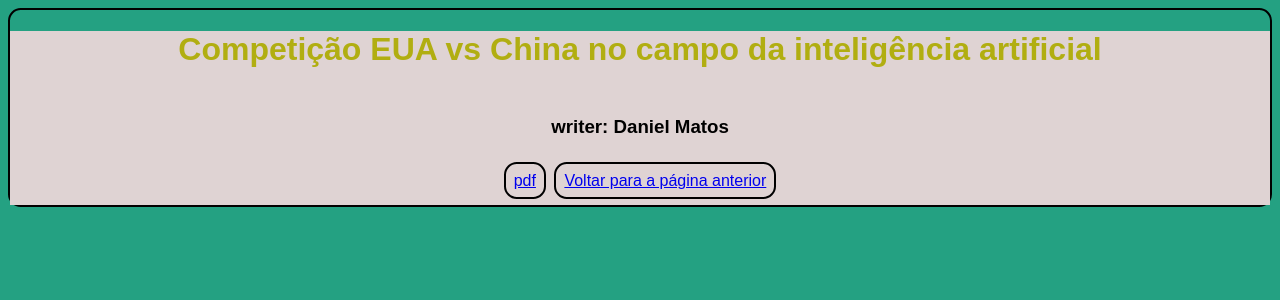
Repository: batmit/FutureFundation.github.io-1
Page: menu/articles/economia/I_a.html
An editor plug-in stored every save of this project. The page is shown before and after the next save, followed by the edit.
The browser window is 1280 px wide. The pictures show the whole page.

Above is the page before, as saved 2021-09-18 16:49:11.

### menu/articles/economia/I_a.html
<!DOCTYPE html>
<html lang="pt-BR">
<head>
    <meta charset="UTF-8">
    <meta http-equiv="X-UA-Compatible" content="IE=edge">
    <meta name="viewport" content="width=device-width, initial-scale=1.0">
    <title>Competição EUA vs China no campo da inteligência artificial</title>
    <link rel="stylesheet" href="/menu/main.css">
</head>
<body>
    <div id="all">
        <header>
            <h1>Competição EUA vs China no campo da inteligência artificial</h1>
            <h3>writer: Daniel Matos</h3>
        </header>
        <a href="./i_a/EUA_China_AI_Artigo (1).pdf">pdf</a>

        <a href="./economia.html">Voltar para a página anterior</a>
    </div>


</body>
</html>

### menu/main.css
body{

    text-align: center;

    border: black 2px solid;

    border-radius: 0.8rem;

    font-family: 'Ubuntu', arial;

    background-color: rgb(36, 161, 130);


}

#articles {
    gap: 3px;
}

#all{

    background-color: rgb(223, 211, 211);

}


#codigo{
    text-align:left;

}


img{
    text-align: center;
    justify-content: center;

}

p{
    font-size: 20px;
    font-family: 'Ubuntu', arial;
}

a{
    border: 2px solid black;

    border-radius: 0.8rem;

    box-sizing: border-box;

    padding: 0.5rem;

    line-height:3rem;

    margin: 2px;


}

a:hover{

    background-color:#F0FFFF;

}

h1{

    margin-bottom: 3rem;

    color: rgb(177, 174, 17);

}

audio {
    -webkit-transition:all 0.5s linear;
    -moz-transition:all 0.5s linear;
    -o-transition:all 0.5s linear;
    transition:all 0.5s linear;
    -moz-box-shadow: 2px 2px 4px 0px #006773;
    -webkit-box-shadow:  2px 2px 4px 0px #006773;
    box-shadow: 2px 2px 4px 0px #006773;
    -moz-border-radius:7px 7px 7px 7px ;
    -webkit-border-radius:7px 7px 7px 7px ;
    border-radius:7px 7px 7px 7px ;
}

audio:hover, audio:focus, audio:active {

-webkit-box-shadow: 15px 15px 20px rgba(0,0, 0, 0.4);
-moz-box-shadow: 15px 15px 20px rgba(0,0, 0, 0.4);
box-shadow: 15px 15px 20px rgba(0,0, 0, 0.4);
-webkit-transform: scale(1.05);
-moz-transform: scale(1.05);
transform: scale(1.05);

}



@media (max-width: 900px) {


    a{

        display: block;
        line-height: 0.5rem;
        padding: 1rem;

    }

    #img{
        text-align: right;
    }

}

@media (prefers-color-scheme: dark) {
    #all{

        background-color: rgb(90, 73, 73);

    }

    h1{
        color: white
    }

    p{
        color: white;
    }

    a{
        background-color: aqua;
    }

    h3{
        color: white;
    }

    strong {
        color: white;
    }


}

After the next save:
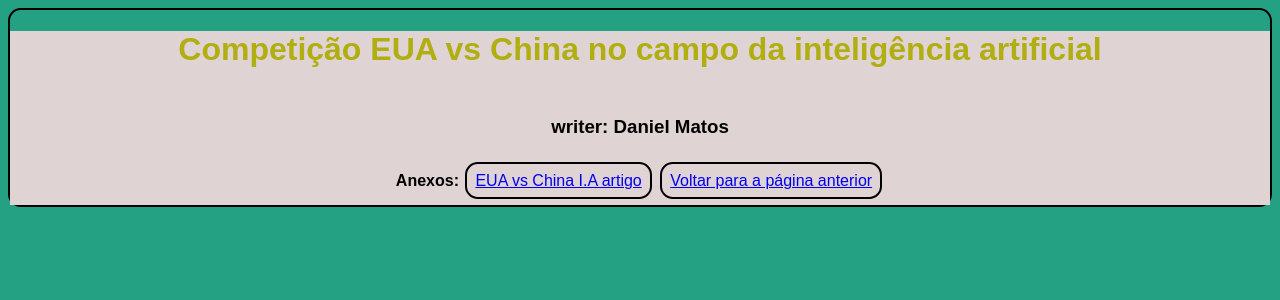
Saved 70 s later.
--- a/menu/articles/economia/I_a.html
+++ b/menu/articles/economia/I_a.html
@@ -13,7 +13,8 @@
             <h1>Competição EUA vs China no campo da inteligência artificial</h1>
             <h3>writer: Daniel Matos</h3>
         </header>
-        <a href="./i_a/EUA_China_AI_Artigo (1).pdf">pdf</a>
+        <strong>Anexos:</strong>
+        <a href="./i_a/EUA_China_AI_Artigo (1).pdf">EUA vs China I.A artigo</a>
 
         <a href="./economia.html">Voltar para a página anterior</a>
     </div>
